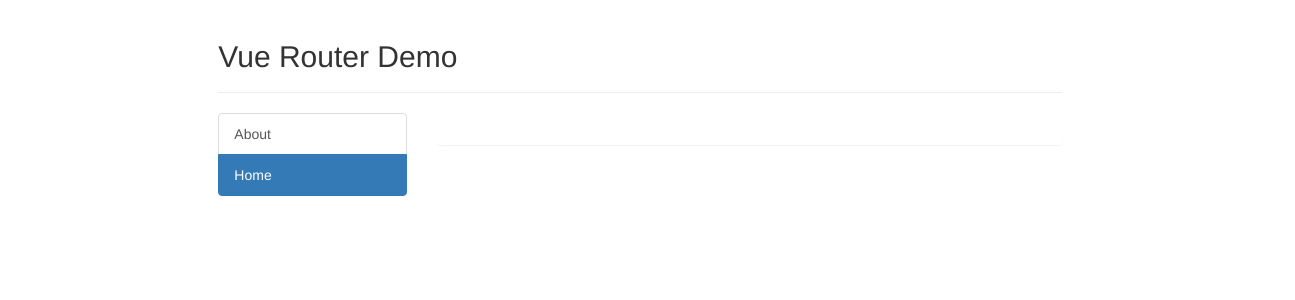
Repository: Crow7277/Vue2-
Page: /#/home/message/detail
An editor plug-in stored every save of this project. The page is shown before and after a run of saves, followed by the edit.
The browser window is 1280 px wide. The page is 1295 px wide, so the pictures cover 1295 px, including what lies to the right of the window. The pictures show the whole page.
The project was rebuilt for these pictures with package versions that can differ from the ones it lists, and the page was loaded fresh each time. Also part of the build but not shown: vue.config.js, src/components/About.vue, src/components/Home.vue.

Above is the page before, as saved 2022-04-09 17:11:21.

After the next 2 saves:
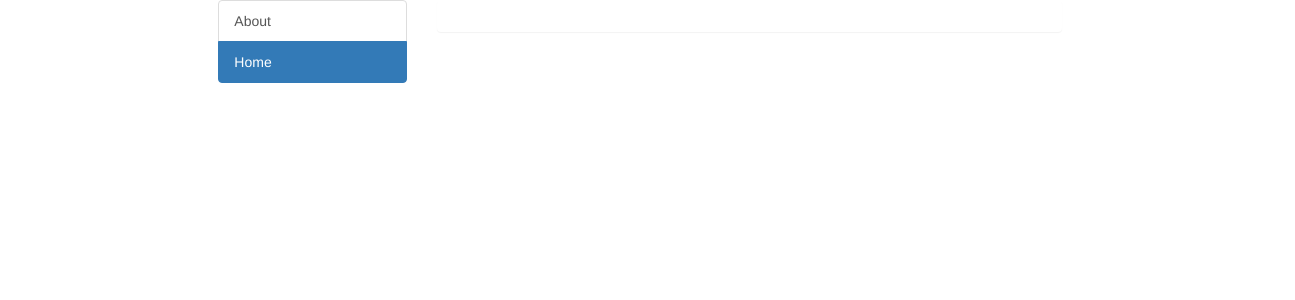
The 2 saves are shown as one change because they came seconds apart.
The last was saved 37 s later.
--- a/src/App.vue
+++ b/src/App.vue
@@ -1,9 +1,7 @@
 <template>
     <div>
         <div class="row">
-            <div class="col-xs-offset-2 col-xs-8">
-                <div class="page-header"><h2>Vue Router Demo</h2></div>
-            </div>
+            <Banner />
         </div>
         <div class="row">
             <div class="col-xs-2 col-xs-offset-2">
